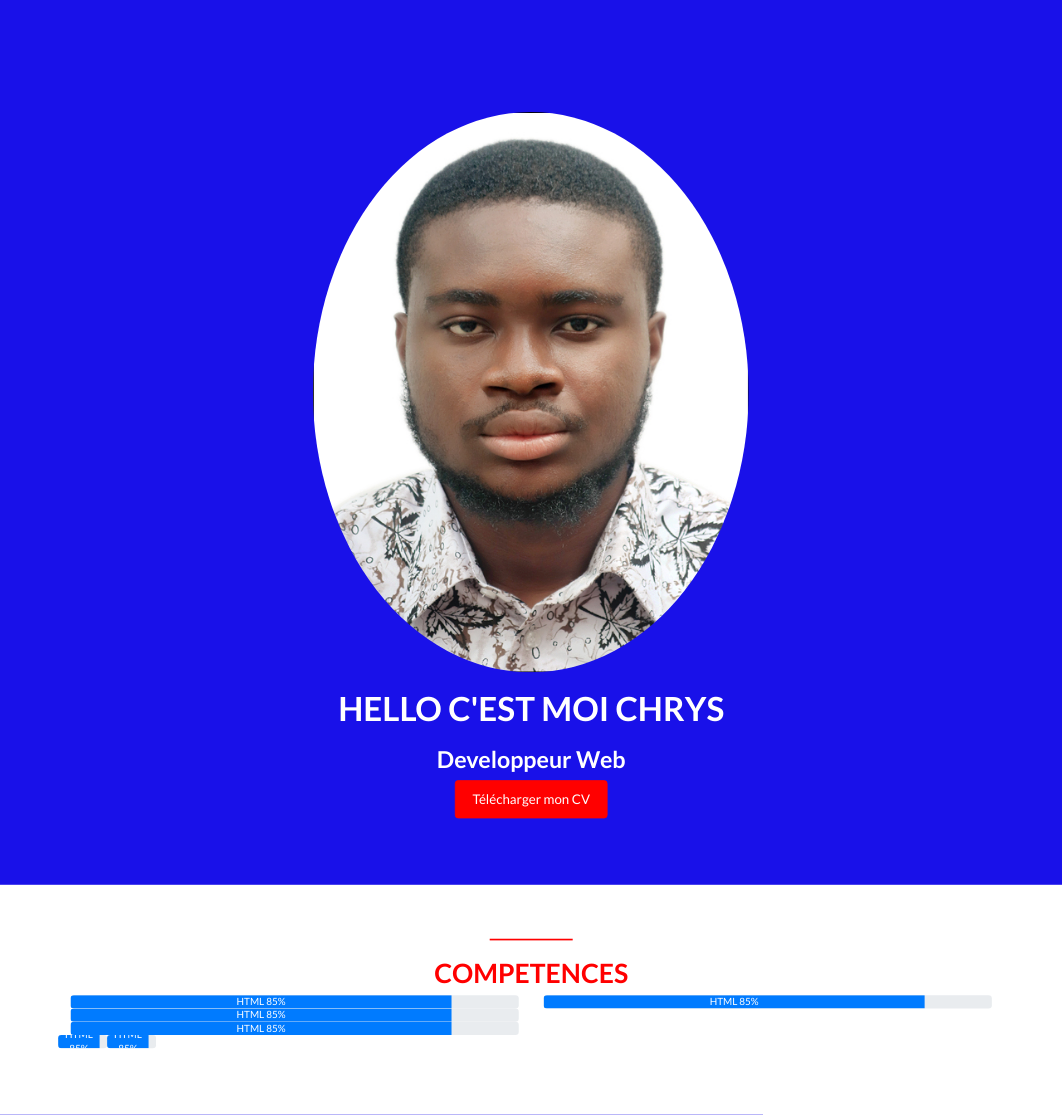
Repository: CHRYSOVR/CV_en_ligne_Interactif
Page: index.html
These files come from the project's save history. The page is drawn as it stood at one moment and after the next save; the edit follows.
The browser window is 1280 px wide. The pictures show the whole page, at 83% of full size.

Above is the page before, as saved 2025-07-07 16:36:55.
Console error: TypeError: Cannot read properties of undefined (reading 'fn')

After the next save:
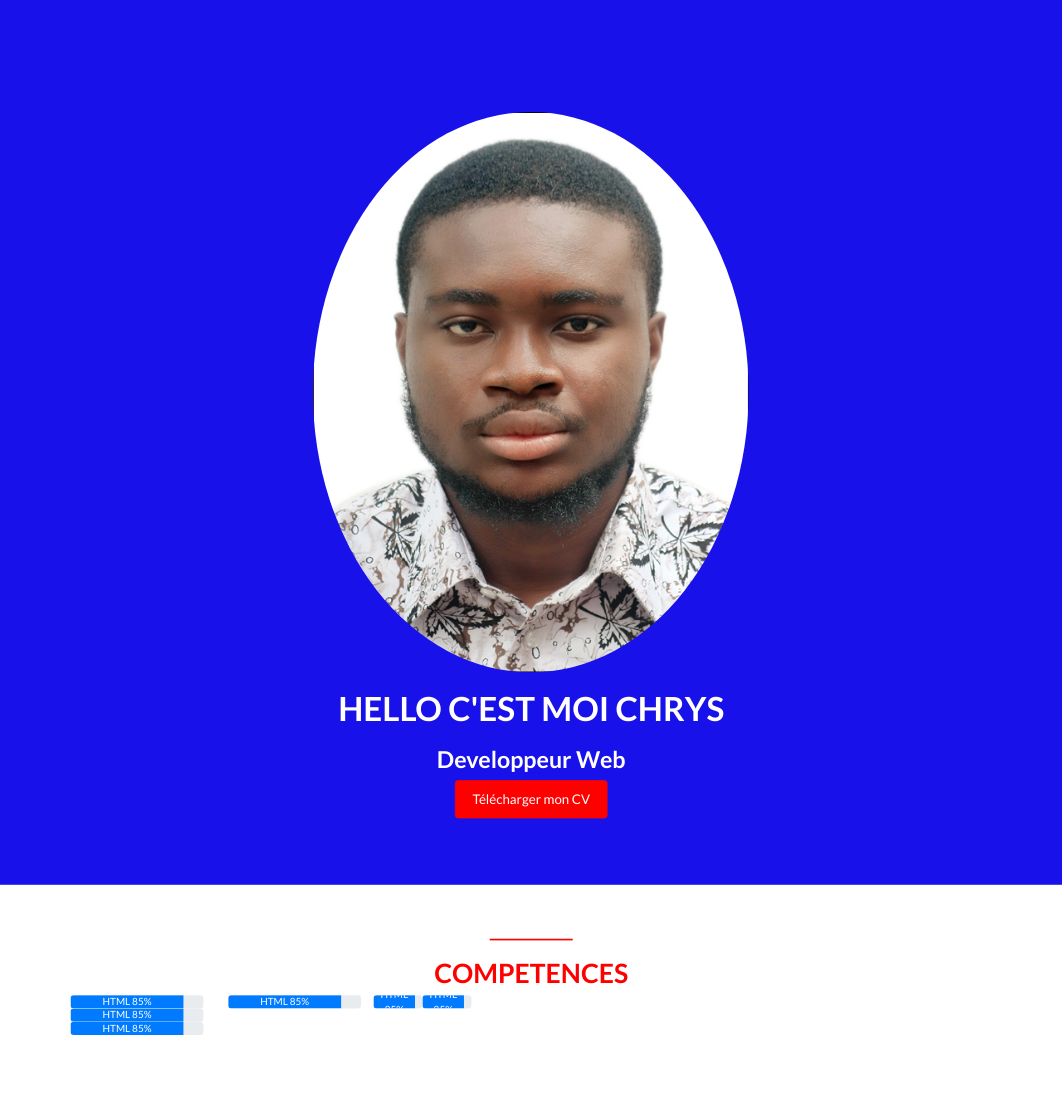
Saved 115 s later.
--- a/index.html
+++ b/index.html
@@ -30,7 +30,7 @@
 </div>
 <div class="container">
     <div class="row">
-        <div class="col-md-6">
+        <div class="col-lg-2 col-md-4 col-sm-6">
             <div class="progress">
   <div class="progress-bar" role="progressbar" style="width: 85%;" aria-valuenow="85" aria-valuemin="0" aria-valuemax="100">HTML 85%</div>
 </div>
@@ -42,7 +42,7 @@
 </div>
 <var><var>
         </div>
-        <div class="col-md-6">
+        <div class="col-lg-2 col-md-4 col-sm-6">
             <div class="progress">
   <div class="progress-bar" role="progressbar" style="width: 85%;" aria-valuenow="85" aria-valuemin="0" aria-valuemax="100">HTML 85%</div>
 </div> </var></var>

After the 2 saves that followed:
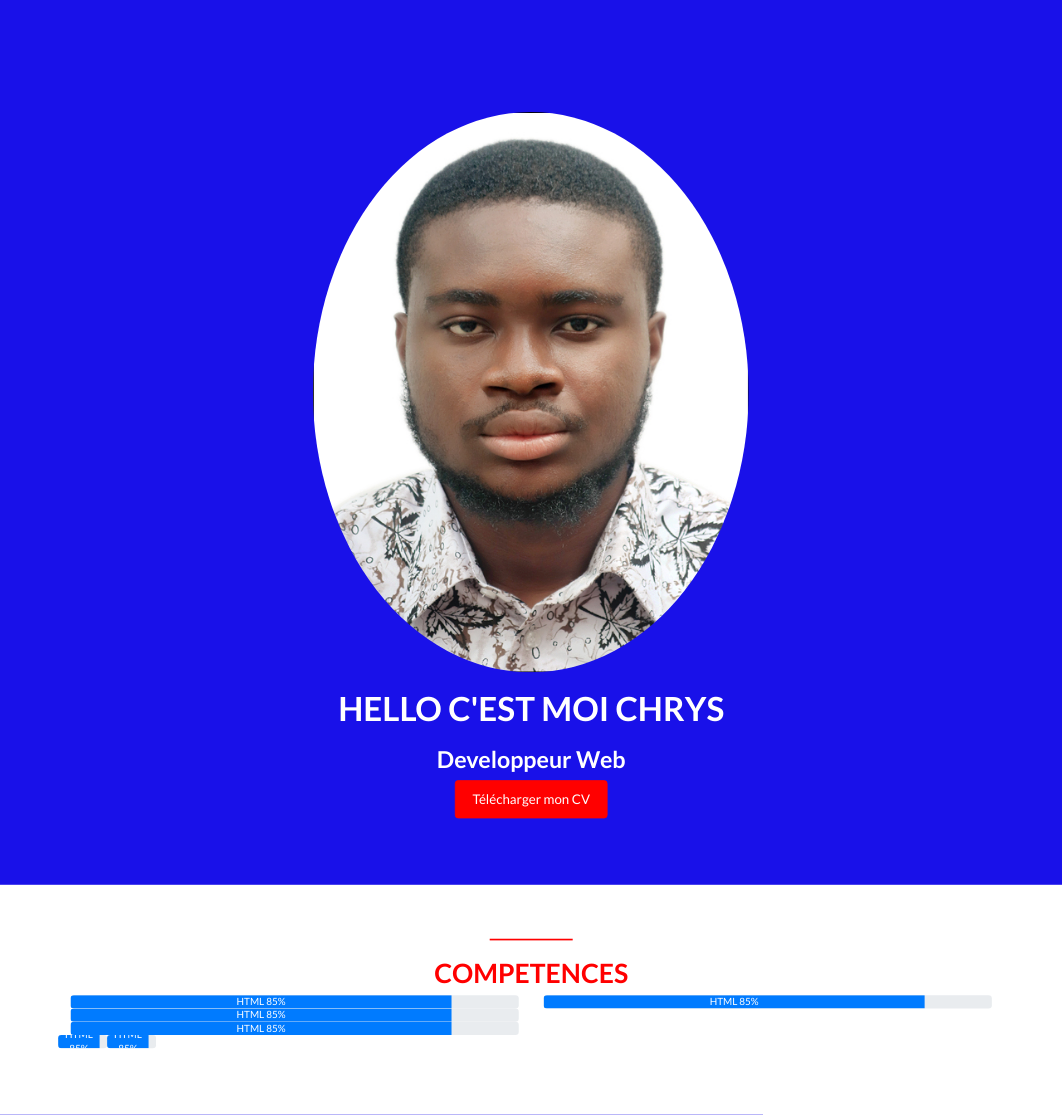
The 2 saves are shown as one change because 1 left the picture as it was.
The last was saved 103 s later.
--- a/index.html
+++ b/index.html
@@ -30,7 +30,7 @@
 </div>
 <div class="container">
     <div class="row">
-        <div class="col-lg-2 col-md-4 col-sm-6">
+        <div class="col-lg-6 ">
             <div class="progress">
   <div class="progress-bar" role="progressbar" style="width: 85%;" aria-valuenow="85" aria-valuemin="0" aria-valuemax="100">HTML 85%</div>
 </div>
@@ -42,7 +42,7 @@
 </div>
 <var><var>
         </div>
-        <div class="col-lg-2 col-md-4 col-sm-6">
+        <div class="col-lg-6">
             <div class="progress">
   <div class="progress-bar" role="progressbar" style="width: 85%;" aria-valuenow="85" aria-valuemin="0" aria-valuemax="100">HTML 85%</div>
 </div> </var></var>
